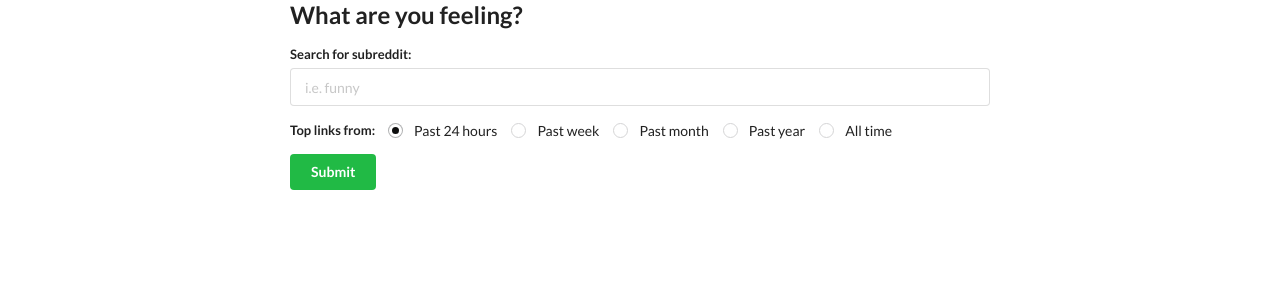
Repository: nikdmello/best-of-reddit-webapp
Page: http://localhost/
The author's editor kept a record of every edit. The page is drawn from the files as they stood at one moment, then again after the next edit.
The browser window is 1280 px wide. The pictures show the whole page.
The page is served by the project's Node server (app.js).

Above is the page before.

### views/search.ejs
<%- include("partials/header") %>

<div class="ui main text container">
  <h2>What are you feeling?</h2>

  <form action="/results" method="GET">
    <div class="ui form">
      <div class="field">
        <label>Search for subreddit:</label>
        <input type="text" name="search" placeholder="i.e. funny">
      </div>

      <div class="inline fields">
    <label>Top links from: </label>
    <div class="field">
      <div class="ui radio checkbox">
        <input type="radio" name="frequency" checked="checked" value="day">
        <label>Past 24 hours</label>
      </div>
    </div>
    <div class="field">
      <div class="ui radio checkbox">
        <input type="radio" name="frequency" value="week">
        <label>Past week</label>
      </div>
    </div>
    <div class="field">
      <div class="ui radio checkbox">
        <input type="radio" name="frequency" value="month">
        <label>Past month</label>
      </div>
    </div>
    <div class="field">
      <div class="ui radio checkbox">
        <input type="radio" name="frequency" value="year">
        <label>Past year</label>
      </div>
    </div>
    <div class="field">
      <div class="ui radio checkbox">
        <input type="radio" name="frequency" value="all">
        <label>All time</label>
      </div>
    </div>
  </div>

      <div class="field"><button class="positive ui button">Submit</button></div>
    </div>
  </form>

### views/partials/header.ejs
<html>
    <head>
        <title>Reddit API</title>
        <link rel="stylesheet" type="text/css" href="https://cdnjs.cloudflare.com/ajax/libs/semantic-ui/2.4.1/semantic.css">
    </head>
</html>

### app.js
const express = require("express");
var app = express();
const request = require('request');

const port = process.env.PORT;

app.set("view engine", "ejs");

app.get("/", (req, res) => {
  res.render("search");
});
app.use('/css', express.static(__dirname + '/node_modules/bootstrap/dist/css'));

app.get("/results", (req, res) => {
  var subreddit = req.query.search; // search is name of text field
  var url = 'https://old.reddit.com/r/' + subreddit + '/top/.json?sort=top&t=day';
  request(url, function (error, response, body) {
  if (!error && response.statusCode == 200) {
    var data = JSON.parse(body);
    res.render("results", {data: data}); //Renders results.ejs
  }
});
});

app.listen(port, () => {
  console.log(`running at port ${port}`);
});

After the next edit:
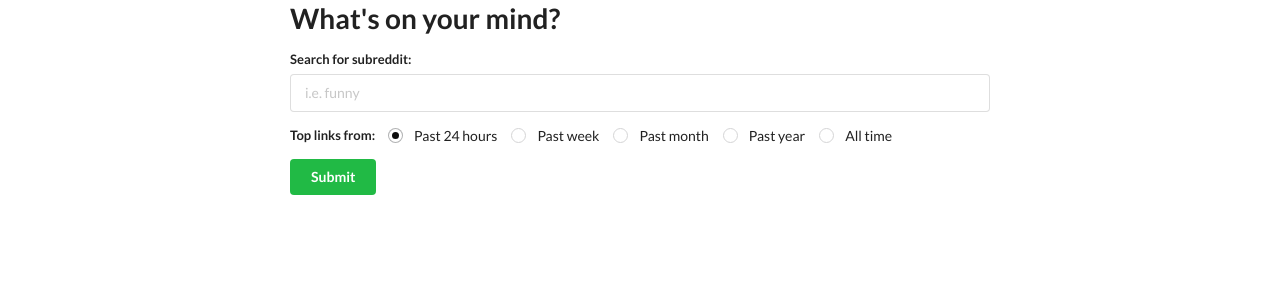
The edit:
--- a/views/search.ejs
+++ b/views/search.ejs
@@ -1,7 +1,7 @@
 <%- include("partials/header") %>
 
 <div class="ui main text container">
-  <h2>What are you feeling?</h2>
+  <h1>What's on your mind?</h1>
 
   <form action="/results" method="GET">
     <div class="ui form">
